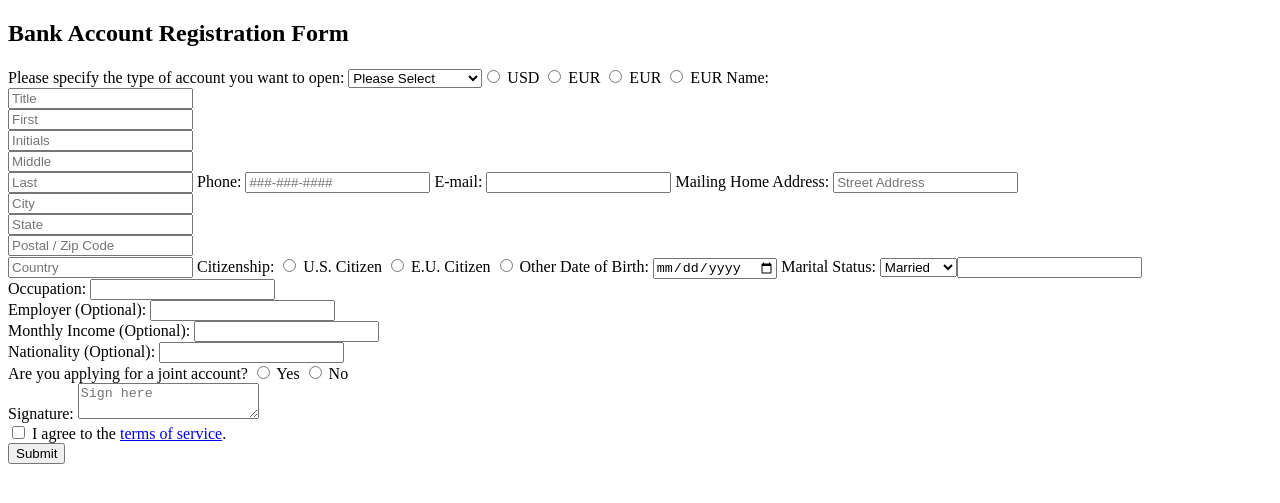
Repository: hizeetech/First-Assignment
Page: sign_up.html
The author's editor kept a copy of each file at every save. The page is drawn from the files as they stood at one save, then again after a run of saves.
The browser window is 1280 px wide. The pictures show the whole page.

Above is the page before, as saved 2024-11-09 01:57:13.

### sign_up.html
<!DOCTYPE html>
<html lang="en">
<head>
    <meta charset="UTF-8">
    <meta name="viewport" content="width=device-width, initial-scale=1.0">
    <title>Bank Account Registration Form</title>

</head>
<body>

    <h2>Bank Account Registration Form</h2>
    <form action="#" method="post">

            <label for="account-type">Please specify the type of account you want to open:</label>
            <select id="account-type" name="account_type" required>
                <option value="">Please Select</option>
                <option value="savings">Savings Account</option>
                <option value="current">Current Account</option>
                <option value="corporate">Corporate Account</option>


            <label>Currency:</label>
            <label><input type="radio" name="currency" value="NGN" required> USD</label>
            <label><input type="radio" name="currency" value="USD"> EUR</label>
            <label><input type="radio" name="currency" value="EUR"> EUR</label>
            <label><input type="radio" name="currency" value="POUNDS"> EUR</label>


            <label for="title">Name:</label>
            <div class="inline"><input type="text" id="title" name="title" placeholder="Title"></div>
            <div class="inline"><input type="text" name="first_name" placeholder="First" required></div>
            <div class="inline"><input type="text" name="initials" placeholder="Initials"></div>
            <div class="inline"><input type="text" name="middle_name" placeholder="Middle"></div>
            <input type="text" name="last_name" placeholder="Last" required>


            <label for="phone">Phone:</label>
            <input type="tel" id="phone" name="phone" placeholder="###-###-####" required>


            <label for="email">E-mail:</label>
            <input type="email" id="email" name="email" required>


            <label for="address">Mailing Home Address:</label>
            <input type="text" id="address" name="address" placeholder="Street Address" required>
            <div class="inline"><input type="text" name="city" placeholder="City" required></div>
            <div class="inline"><input type="text" name="state" placeholder="State" required></div>
            <div class="inline"><input type="text" name="postal_code" placeholder="Postal / Zip Code" required></div>
            <input type="text" name="country" placeholder="Country" required>


            <label>Citizenship:</label>
            <label><input type="radio" name="citizenship" value="US" required> U.S. Citizen</label>
            <label><input type="radio" name="citizenship" value="EU"> E.U. Citizen</label>
            <label><input type="radio" name="citizenship" value="other"> Other</label>


            <label for="dob">Date of Birth:</label>
            <input type="date" id="dob" name="dob" required>


            <label for="marital-status">Marital Status:</label>
            <select id="marital-status" name="marital_status" required>
                <option value="married">Married</option>
                <option value="single">Single</option>
                <option value="divorced">Divorced</option>
                <option value="widowed">Widowed</option>

        <!-- Language, Occupation, Employer, and Monthly Income -->
        <div class="form-group">
            <label for="language">Language:</label>
            <input type="text" id="language" name="language" required>
        </div>
        <div class="form-group">
            <label for="occupation">Occupation:</label>
            <input type="text" id="occupation" name="occupation" required>
        </div>
        <div class="form-group">
            <label for="employer">Employer (Optional):</label>
            <input type="text" id="employer" name="employer">
        </div>
        <div class="form-group">
            <label for="income">Monthly Income (Optional):</label>
            <input type="text" id="income" name="monthly_income">
        </div>

        <!-- Nationality and Joint Account -->
        <div class="form-group">
            <label for="nationality">Nationality (Optional):</label>
            <input type="text" id="nationality" name="nationality">
        </div>
        <div class="form-group joint-account">
            <label>Are you applying for a joint account?</label>
            <label><input type="radio" name="joint_account" value="yes"> Yes</label>
            <label><input type="radio" name="joint_account" value="no"> No</label>
        </div>

        <!-- Signature and Terms -->
        <div class="form-group">
            <label for="signature">Signature:</label>
            <textarea id="signature" name="signature" placeholder="Sign here" rows="2" required></textarea>
        </div>
        <div class="form-group terms">
            <input type="checkbox" id="terms" name="terms" required>
            <label for="terms">I agree to the <a href="#">terms of service</a>.</label>
        </div>

        <!-- Submit Button -->
        <button type="submit" class="submit-btn">Submit</button>
    </form>
</div>

</body>
</html>

After the next 2 saves:
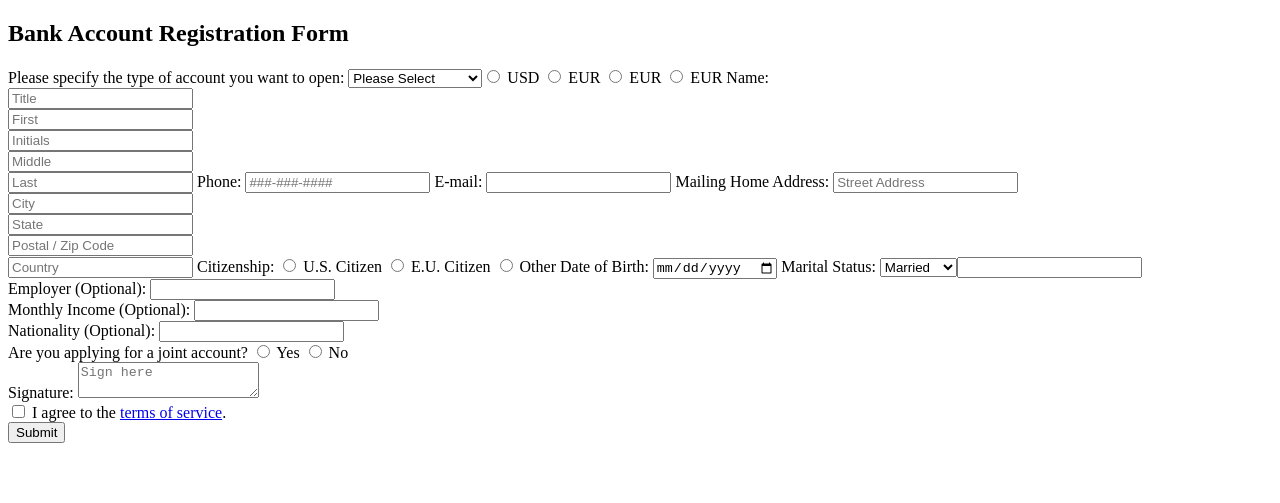
The 2 saves are shown as one change because they came seconds apart.
The last was saved 30 s later.
--- a/sign_up.html
+++ b/sign_up.html
@@ -67,12 +67,6 @@
                 <option value="divorced">Divorced</option>
                 <option value="widowed">Widowed</option>
 
-        <!-- Language, Occupation, Employer, and Monthly Income -->
-        <div class="form-group">
-            <label for="language">Language:</label>
-            <input type="text" id="language" name="language" required>
-        </div>
-        <div class="form-group">
             <label for="occupation">Occupation:</label>
             <input type="text" id="occupation" name="occupation" required>
         </div>
